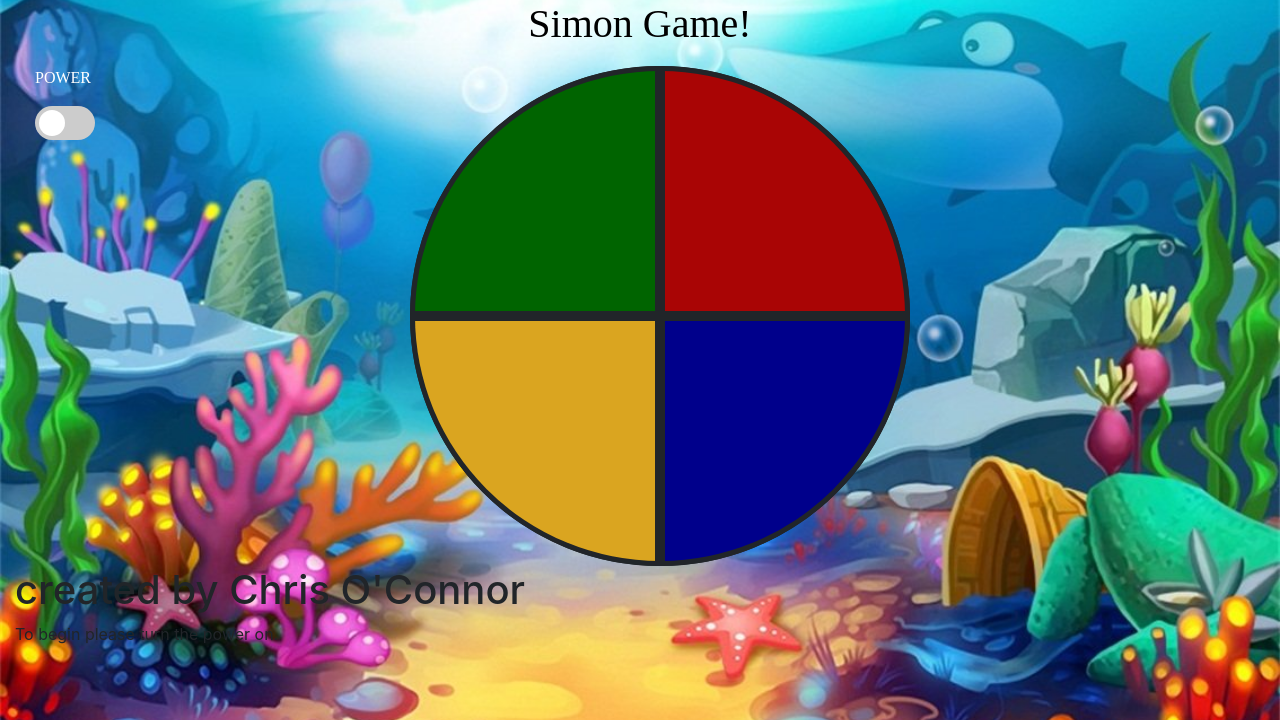
Repository: chrisoc19/SimonSays
Page: index.html
The author's editor kept a record of every edit. The page is drawn from the files as they stood at one moment, then again after the next edit.
The browser window is 1280 px wide. The pictures show the whole page.
Some web fonts or font styles are not loaded; a fallback is used.

Above is the page before.

After the next edit:
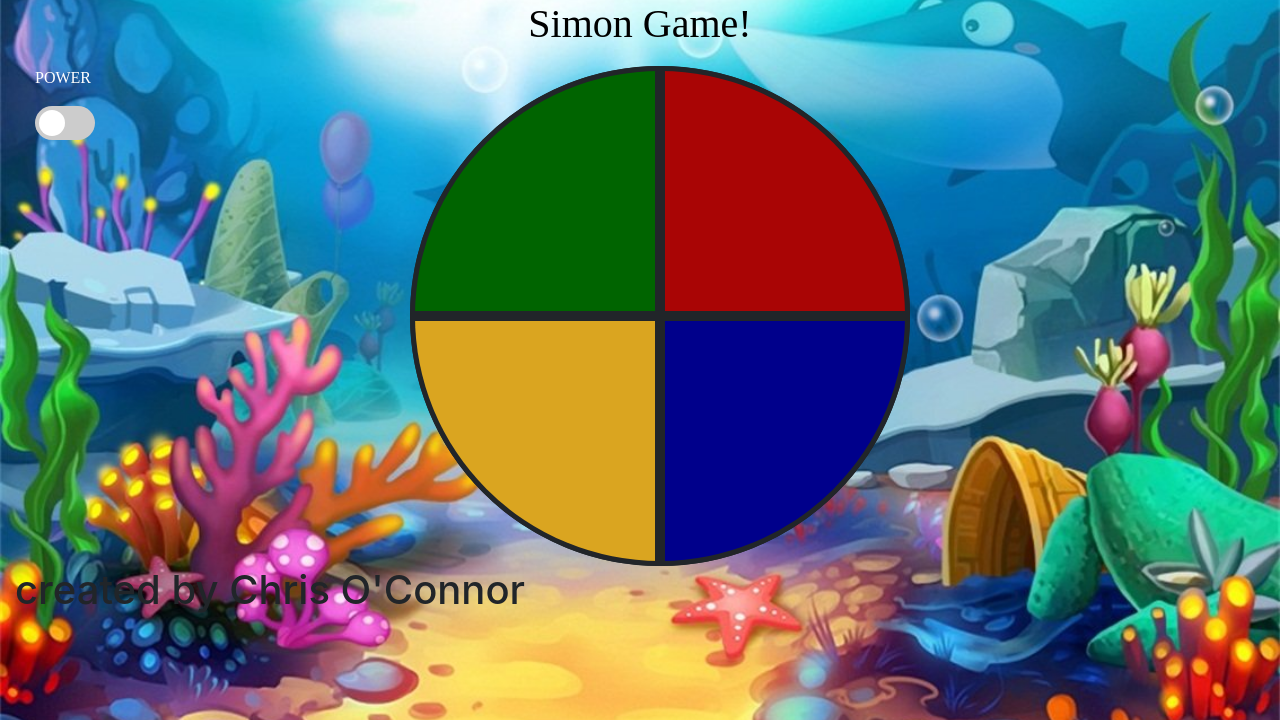
The edit:
--- a/index.html
+++ b/index.html
@@ -76,7 +76,7 @@
     <div class="row">
       <div class="col footer">
         <h1>created by Chris O'Connor</h1>
-        <p class="add">To begin please turn the power on. </p>
+
 
       </div>
 
